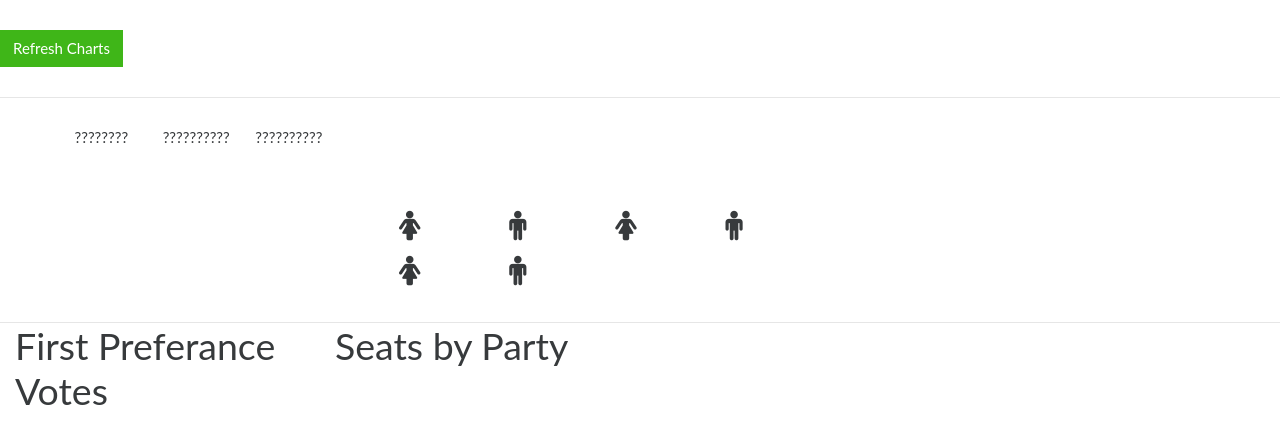
Repository: pauldardis/project-2-test
Page: index.html
The author's editor kept a record of every edit. The page is drawn from the files as they stood at one moment, then again after the next edit.
The browser window is 1280 px wide. The pictures show the whole page.

Above is the page before.
Console error: ReferenceError: candidate_people is not defined

### index.html
<!DOCTYPE html>
<html lang="en">

<head>
    <meta charset="UTF-8">
    <meta name="viewport" content="width=device-width, initial-scale=1.0">
    <meta http-equiv="X-UA-Compatible" content="ie=edge">
    <title>Dashboard</title>

    <link rel="stylesheet" href="assets/css/bootstrap.min.css" type="text/css" />
    <link rel="stylesheet" href="assets/css/dc.min.css" type="text/css" />
    <link rel="stylesheet" type="text/css" href="https://maxcdn.bootstrapcdn.com/font-awesome/4.7.0/css/font-awesome.min.css">
    <link rel="stylesheet" href="assets/css/style.css" type="text/css" />


    <script type="text/javascript" src="assets/js/d3.min.js"></script>
    <script type="text/javascript" src="assets/js/crossfilter.min.js"></script>
    <script type="text/javascript" src="assets/js/dc.min.js"></script>
    <script type="text/javascript" src="assets/js/queue.min.js"></script>
    <script type="text/javascript" src="assets/js/graps.js"></script>

</head>

<body>

    <section class="section">
        <div id="refresh-button">
            <button type="submit" class="btn btn-success" onClick="refreshPage()">Refresh Charts</button>
        </div>
    </section>




    <section class="section">
        <div class="container">
            <div class="row">
                <div class="row">
                    <div class="col-xs-12 col-sm-4 text-center">
                        <p class="section-paragraph">????????</p>
                    </div>
                    <div class="col-xs-12 col-sm-4 text-center">
                        <p class="section-paragraph">??????????</p>
                    </div>
                    <div class="col-xs-12 col-sm-4 text-center">
                        <p class="section-paragraph">??????????</p>
                    </div>
                </div>
                <div class="container">
                    <div class="row">
                        <div class="col-xs-12 col-sm-4 col-md-4 col-lg-4 text-center custom-chart" id="region-selector"></div>
                        <div class="col-xs-12 col-sm-4 col-md-4 col-lg-4 text-center custom-chart" id="constituency-selector"></div>
                        <div class="col-xs-12 col-sm-4 col-md-4 col-lg-4 text-center custom-chart" id="elected-selector"></div>
                    </div>
                </div>
            </div>
        </div>
        <div class="row col-12"></div>
        <div class="col-xs-12 col-sm-12 col-lg-12 gender-box">
            <i class="fa fa-female fa-gender" aria-hidden="true"></i> <span class="number-box" id="count-of-women-elected"></span>
            <i class="fa fa-male fa-gender" aria-hidden="true"></i> <span class="number-box" id="count-of-men-elected"></span>
            <i class="fa fa-female fa-gender" aria-hidden="true"></i> <span class="number-box" id="count-of-women-elected_1"></span>
            <i class="fa fa-male fa-gender" aria-hidden="true"></i> <span class="number-box" id="count-of-men-elected_1"></span>
        </div>
        <div class="col-xs-12 col-sm-12 col-lg-12 gender-box">
            <i class="fa fa-female fa-gender" aria-hidden="true"></i> <span class="number-box" id="count-of-women-elected_1"></span>
            <i class="fa fa-male fa-gender" aria-hidden="true"></i> <span class="number-box" id="count-of-men-elected_1"></span>
        </div>
    </section>

    <section>
        <div class="container-fluid">
            <div class="row">
                <div class="col-xs-12 col-sm-6 col-md-3 col-lg-3">
                    <div>
                        <div>
                            <div class=" " id="party_first_preference_graphs"></div>
                            <h1><strong>First Preferance Votes</strong></h1>
                        </div>
                    </div>
                </div>
                <div class="col-xs-12 col-sm-6 col-md-3 col-lg-3">
                    <div>
                        <div>
                            <div class="" id="candidate-graph"></div>
                            <h1><strong>Seats by Party</strong></h1>
                        </div>
                    </div>
                </div>
                <div class="col-xs-12 col-sm-6 col-md-3 col-lg-3">
                    <div>
                        <div>
                            <div class="" id="xx">
                            </div>
                        </div>
                    </div>
                </div>
                <div class="col-xs-12 col-sm-6 col-md-3 col-lg-3">
                    <div>
                        <div>
                            <!--<div class="" id="candidate-graph">-->
                        </div>
                    </div>
                </div>
            </div>
        </div>
    </section>



    <!--<div class="" id="candidate-graph"></div>-->
    <!--<div class="" id="candidate-graph-v2"></div>-->







    <!--<div class="col-xs-12 col-sm-6 col-md-3 col-lg-3 " id="party_first_preference_graphs"></div>-->
    <!--<div class="col-xs-12 col-sm-6 col-md-3 col-lg-3 text-center" id="party_total_votes_graphs"></div>-->
    <!--<div class="col-xs-12 col-sm-6 col-md-3 col-lg-3 text-center" id="candidate-first-preferance-graph"></div>-->
    <!--<div class="col-xs-12 col-sm-6 col-md-3 col-lg-3 text-center" id="candidate-total-votes-graph"></div>-->


    <section>
        <div class="container">
            <div class="row">
                <!--<div class="col-xs-12 col-sm-4 text-center" id="candidate-first-preferance-graph"></div>-->
                <!--<div class="col-xs-12 col-sm-4 text-center" id="candidate-total-votes-graph"></div>-->
            </div>
        </div>
    </section>








</body>

</html>

### assets/css/style.css
.gender-box {
	display: block;
	margin-left: auto;
	margin-right: auto;
	width: 40%;
}


.graph-box {
	display: block;
	margin-left: auto;
	margin-right: auto;
}


/*This removes the gridlines on the row chart but causes issue with x axesis */
/*.tick  { */
/*    display: none;*/
/*     }*/








/*.row {*/
/*	margin: 0px;*/
/*	padding: 0px;*/
/*}*/

/*.container {*/
/*	margin: 0px;*/
/*	padding: 0px;*/
/*}*/








.navbar-default {
	background-image: none;
	margin-bottom: 0;
}

.section-heading,
#discipline-selector {
	display: inline-block;
	float: none;
	margin: 0;
}

.section-heading {
	margin-bottom: 50px;
}

#discipline-selector {
	margin-left: 15px;
}

.number-box {
	margin-right: 75px;
}

.number-box,
.fa.fa-gender {
	font-size: 30px;
	font-weight: 500;
}

.fa-gender {
	margin-right: 10px;
}

.custom-chart {
	margin-bottom: 40px;
}

.section {
	border-bottom: 1px solid #e6e6e6;
	padding: 30px 0;
}

.section-paragraph {
	line-height: 1.2;
}

@import url("https://fonts.googleapis.com/css?family=Lato:300,400&display=swap");

/* BODY & HTML */
body {
    font-family: "Lato", sans-serif;
    font-weight: 400;
}

body,
html {
    width: 100%;
    height: 100%;
    padding: 0;
    margin: 0;
}

/* HEADINGS */
/* Styling of the dashboard title */

h1 {
    margin: 0;
}

/* Styling of heading 2 */

h2 {
    font-size: 1rem;
    font-weight: 300;
    margin-bottom: 0;
    margin-top: 15px;
}

/* SPINNER */
/* Spinner on data loading
spinner animation found on CodePen: https://codepen.io/judecodes/pen/PrBOvG?&page=1 */

.loader {
    z-index: 99;
    width: 200px;
    height: 200px;
    border-radius: 50%;
    border-top: 2px solid #2477b4;
    border-bottom: 2px solid transparent;
    border-left: 2px solid transparent;
    border-right: 2px solid transparent;
    animation: spin 3s linear infinite forwards;

    position: absolute;
    top: 0;
    bottom: 0;
    left: 0;
    right: 0;
    margin: auto;
}

.loader::before,
.loader::after {
    content: "";
    position: absolute;
    border-radius: 50%;
    border-top: 2px solid #2477b4;
    border-bottom: 2px solid transparent;
    border-left: 2px solid transparent;
    border-right: 2px solid transparent;
}

.loader::before {
    top: 7px;
    left: 7px;
    width: 178px;
    height: 178px;
    border-top: 2px solid #e6562e;
    animation: spin 2s linear infinite forwards;
}

.loader::after {
    top: 16px;
    left: 16px;
    width: 160px;
    height: 160px;
    border-top: 2px solid #f2893c;
    animation: spin 1s linear infinite forwards;
}

@keyframes spin {
    to {
        transform: rotate(360deg);
    }
}

/* Overlay styled to dim the background for spinner */

#overlay {
    z-index: 98;
    position: fixed;
    top: 0;
    left: 0;
    height: 100%;
    width: 100%;
    background: rgba(0, 0, 0, .5);
}

/* BACK TO TOP BUTTON */
/* Back to top button inspired by this Codepen solution: https://codepen.io/matthewcain/pen/ZepbeR */

#button {
    display: inline-block;
    background-color: transparent;
    color: #DF691A;
    border: 1px solid #DF691A;
    width: 50px;
    height: 50px;
    text-align: center;
    border-radius: 3px;
    position: fixed;
    bottom: 30px;
    right: 30px;
    transition: background-color .3s,
    opacity .5s, visibility .5s;
    opacity: 0;
    visibility: hidden;
    z-index: 97;
}

#button::after {
    content: "\f077";
    font-family: FontAwesome;
    font-weight: normal;
    font-style: normal;
    font-size: 2em;
    line-height: 50px;
}

#button:active {
    color: #ffffff;
    background-color: #DF691A;
}

#button.show {
    opacity: 1;
    visibility: visible;
}

/* REGIONAL SELECTOR */
/* Region selector menu styling */

#region-selector select {
    background: #5d6b78;
    border: #445360;
    color: #ebebeb;
    font-size: 1rem;
}

/* Select menu styling to match bootstrap theme */

select {
    background: #4e5d6c;
    color: #ebebeb;
}

/* CARDS */
/* Increasing size of font awesome icons */

.fa {
    font-size: 3rem;
}


/* Styles for tiles/cards */

.tile-s1,
.tile-s2,
.tile-s3 {
    max-width: 45rem;
}

.tile-s3 {
    min-height: 20rem;
}

.tile-s3 span {
    font-size: 1.5rem;
}

.tile-s4 {
    max-width: 70rem;
}

/* Card titles and filter label styled to uppercase */

.card-header,
.selector-label {
    text-transform: uppercase;
}

/* Number box font size increased to make it more prominent */

.number-box span {
    font-size: 1.5rem;
}

/* Shadow added to the chart tiles */

.shadow-box {
    box-shadow: 4px 4px 7px 0px rgba(61, 78, 94, 1);
}

/* Charts styling to fix the issue of responsiveness */

#composite-hour,
#composite-month {
    height: 300px;
    width: 750px;
}

/* Increasing the size of a viewbox so charts are bigger */

#accidents-severity,
#rd-type-split {
    height: 400px;
    width: 460px;
}

#severity-distribution {
    height: 400px;
    width: 380px;
}

/* DATA COUNT & RESET
/* Changing default margins to create some space between count feature and other sections */

.dc-data-count {
    margin: 10px 0;
}

/* Reset button  - border-radius added to match back0to0top button and shadow box removed*/

#reset-button {
    border-radius: 3px;
}

#reset-button:focus {
    box-shadow: none;
}

/* FOOTER */
/* adding margin so footer ellements have some space inbetween on smaller devices */

.footer-item {
    margin-bottom: 10px;
}

/* Underlining removed from all links */

a:hover {
    text-decoration: none;
}

/* MEDIA QUERIES */

@media only screen and (min-width: 1200px) {

    .tile-s2 {
        min-height: 30rem;
    }

}

@media only screen and (max-width: 1200px) {

    h1 {
        font-size: 1.9rem;
    }

    #stacked-chart {
        max-width: 70rem;
    }

}

@media only screen and (max-width: 992px) {

    .card-header {
        font-size: 0.7rem;
    }

    .number-box span {
        font-size: 1.2rem;
    }

}

/* media query created to make number display element look better, to add more space between the chart and the number */

@media only screen and (max-width: 767px) {

    .number-box span {
        font-size: 1.5rem;
    }

    .card-header,
    .selector-label {
        font-size: 0.8rem;
    }

    #accidents-severity,
    #rd-type-split {
        height: 360px;
        width: 440px;
    }

    #severity-distribution {
        height: 370px;
        width: 360px;
    }

}

/* Adjustments to font sizes to avoid line break */

@media only screen and (max-width: 576px) {

    h1 {
        font-size: 2rem;
    }

    .card-header,
    .selector-label {
        font-size: 1rem;
    }

    .navbar-brand {
        font-size: 1rem;
    }

    /* height adjusted to reduce space at top and the bottom of the chart (within the card) */
    #composite-hour,
    #composite-month {
        height: 120px;
    }

    #accidents-severity,
    #rd-type-split {
        height: 260px;
    }

}

@media only screen and (max-width: 375px) {

    #severity-distribution {
        height: 250px;
    }

}

/* Solution to sticky hover on mobile devices found here: https://medium.com/@ferie/detect-a-touch-device-with-only-css-9f8e30fa1134 */

@media (hover: hover) {

    #button:hover {
        cursor: pointer;
        background-color: #DF691A;
        color: #ffffff;
    }

}

### assets/js/graps.js
queue()
    .defer(d3.csv, "assets/data/election-2016.csv")
    .await(makeGraphs);



function makeGraphs(error, salesData) {
    var ndx = crossfilter(salesData);



    // these are the working graphs
    region_selector(ndx);
    constituency_selector(ndx);
    elected_selector(ndx);
    show_count_elected_by_gender(ndx, "F", "#count-of-women-elected");
    show_count_elected_by_gender(ndx, "M", "#count-of-men-elected");
    show_count_candidate_gender(ndx, "F", "#count-of-women-elected_1");
    show_count_candidate_gender(ndx, "M", "#count-of-men-elected_1");
    party_first_preference_graphs(ndx);
    candidate_graphs(ndx);
    candidate_people(ndx);







    // these are the graphs in test

    party_total_votes_graphs(ndx);
    candidate_first_preferance_graphs(ndx);
    candidate_total_votes_graphs(ndx);
    candidate_graphs_v2(ndx);


    dc.renderAll();
}


// This is the working section



function refreshPage() {
    window.location.reload();
}

function region_selector(ndx) {
    var dim = ndx.dimension(dc.pluck('Region'));
    group = dim.group();

    dc.selectMenu("#region-selector")
        .dimension(dim)
        .group(group);
}

function constituency_selector(ndx) {
    var dim = ndx.dimension(dc.pluck('Constituency_Name'));
    group = dim.group();

    dc.selectMenu("#constituency-selector")
        .dimension(dim)
        .group(group);
}

function elected_selector(ndx) {
    var dim = ndx.dimension(dc.pluck('Result'));
    group = dim.group();

    dc.selectMenu("#elected-selector")
        .dimension(dim)
        .group(group);
}















function party_first_preference_graphs(ndx) {

    var dim = ndx.dimension(dc.pluck('Party_Abbreviation'));
    var group = dim.group().reduceSum(dc.pluck('Count_1'));

    dc.pieChart('#party_first_preference_graphs')
        .height(360)
        .width(360)
        .innerRadius(95)
        .transitionDuration(1500)
        .colors(d3.scale.ordinal().range(["#8B8C8A", "#00A3DF", "#12A853", "#014B45", "#D6323D", "#91B905"]))
        .dimension(dim)
        .renderLabel(true)
        .legend(dc.legend().x(150).y(130).itemHeight(14).gap(5))
        .title(function(d) {
            return d.key + ": " + ((d.value / d3.sum(group.all(),
                function(d) { return d.value; })) * 100).toFixed(2) + "%";
        })
        .on("pretransition", function(chart) {
            chart.selectAll("text.pie-slice").text(function(d) {
                if (dc.utils.printSingleValue(
                        (d.endAngle - d.startAngle) /
                        (2 * Math.PI) * 100) >= 6) {
                    return dc.utils.printSingleValue(
                        (d.endAngle - d.startAngle) /
                        (2 * Math.PI) * 100) + "%";
                }
            })
        })
        .group(group);
}


function candidate_graphs(ndx) {
    var dim = ndx.dimension(dc.pluck('Party_Abbreviation'));
    var group = dim.group().reduceSum(dc.pluck('Seat'));

    dc.rowChart("#candidate-graph")
        .width(600)
        .height(400)
        .colors(d3.scale.ordinal().range(["#00A3DF", "#12A853", "#8B8C8A", "#014B45", "#D6323D", "#91B905"]))
        .margins({ top: 10, right: 50, bottom: 30, left: 50 })
        .dimension(dim)
        .transitionDuration(1500)
        .elasticX(true)
        .group(group);
}



function show_count_elected_by_gender(ndx, gender, element) {
    var countThatAreElected = ndx.groupAll().reduce(
        function(p, v) {
            if (v.Gender === gender) {
                p.count++;
                if (v.Result === "Elected") {
                    p.are_elected++;
                }
            }
            return p;
        },
        function(p, v) {
            if (v.Gender === gender) {
                p.count--;
                if (v.Result === "Elected") {
                    p.are_elected--;
                }
            }
            return p;
        },
        function() {
            return { count: 0, are_elected: 0 };
        },
    );


    dc.numberDisplay(element)
        // .formatNumber(d3.format("2.s"))
        .valueAccessor(function(d) {
            if (d.count == 0) {
                return 0;
            }
            else {
                return (d.are_elected);
            }
        })
        .transitionDuration(1500)
        .group(countThatAreElected)
}




































//this is the testing section





// function candidate_people(ndx) {
//     var dim = ndx.dimension(dc.pluck('Candidate'));
//     var group = dim.group().reduceSum(dc.pluck('Count_1' ));
//     var group2 = dim.group().reduceSum(dc.pluck('Result' ));

//     console.log(dim)

//     dc.rowChart("#candidate-people")
//         .width(600)
//         .height(8600)

//         .margins({ top: 10, right: 50, bottom: 30, left: 50 })
//         .dimension(dim)
//         .transitionDuration(1500)
//         // .elasticX(true)
//         .group(group,group2);

// }













































function show_count_candidate_gender(ndx, gender, element) {
    var countThatArecandidate = ndx.groupAll().reduce(
        function(p, v) {
            if (v.Gender === gender) {
                p.count++;
                if (v.Result === "Excluded") {
                    p.are_excluded++;
                }
            }
            return p;
        },
        function(p, v) {
            if (v.Gender === gender) {
                p.count--;
                if (v.Result === "Excluded") {
                    p.are_excluded--;
                }
            }
            return p;
        },
        function() {
            return { count: 0, are_excluded: 0 };
        },
    );


    dc.numberDisplay(element)
        // .formatNumber(d3.format("2.s"))
        .valueAccessor(function(d) {
            if (d.count == 0) {
                return 0;
            }
            else {
                return (d.are_excluded);
            }
        })
        .transitionDuration(1500)
        .group(countThatArecandidate)
}





function candidate_graphs_v2(ndx) {

    var partyColors = d3.scale.ordinal()
        .domain(["F.G.", "F.F.", "Others", "S.F.", "LAB.", "G.P."])
        .range(["pink", "blue", "red", "yellow", "black", "green"]);

    var dim = ndx.dimension(dc.pluck('Party_Abbreviation'));
    var group = dim.group().reduceSum(dc.pluck('Seat'));


    var party_color = ndx.dimension(function(d) {
        return [d.Party_Abbreviation, d.Seat];
    });

    var partyGroup = party_color.group();

    // console.log(group.all());


    dc.barChart("#candidate-graph-v2")
        .width(1000)
        .height(300)
        .margins({ top: 10, right: 50, bottom: 30, left: 50 })
        .dimension(dim)
        // .colorAccessor(function(d) {
        //     return d.key[0];
        // })
        .colors(d3.scale.ordinal().range(["#e6550e", "#fd8c3d", "#3182bc", "#fd8c3d", "#fd8c3d", "#fd8c3d", "#fd8c3d"]))
        .group(group)
        .x(d3.scale.ordinal())
        .xUnits(dc.units.ordinal)
        .elasticY(true)
        .xAxisLabel("Region")
        .yAxis().ticks(10);


}


function party_total_votes_graphs(ndx) {
    var dim = ndx.dimension(dc.pluck('Party_Abbreviation'));
    var group = dim.group().reduceSum(dc.pluck('Seat'));

    dc.pieChart('#party_total_votes_graphs') /* targeting the div where we want the pie chart*/
        .height(360)
        .width(360)
        .innerRadius(95)
        .transitionDuration(1500)
        // .colors(d3.scale.ordinal().range(["#3182bc", "#fd8c3d", "#e6550e"]))
        .dimension(dim)
        .renderLabel(true)
        .legend(dc.legend().x(150).y(130).itemHeight(14).gap(5))
        // .radius(360)
        .group(group)
        .title();
}















// function party_total_votes_graphs(ndx) {

//     var dim = ndx.dimension(dc.pluck('Party_Abbreviation'));
//     var group = dim.group().reduceSum(dc.pluck('Total_Votes'));

//     dc.pieChart('#party_total_votes_graphs') /* targeting the div where we want the pie chart*/
//         .height(360)
//         .width(360)
//         .innerRadius(95)
//         .transitionDuration(1500)
//         // .colors(d3.scale.ordinal().range(["#3182bc", "#fd8c3d", "#e6550e"]))
//         .dimension(dim)
//         .renderLabel(true)
//         .legend(dc.legend().x(110).y(150).itemHeight(13).gap(5))
//         // .title(function(d) {
//         //     return d.key + ": " + ((d.value / d3.sum(group.all(),
//         //         function(d) { return d.value; })) * 100).toFixed(0) + "%";
//         // })
//         .on("pretransition", function(chart)
//         {
//             chart.selectAll("text.pie-slice").text(function(d) {
//                 if (dc.utils.printSingleValue(
//                         (d.endAngle - d.startAngle) /
//                         (2 * Math.PI) * 100) >= 6) {
//                     return dc.utils.printSingleValue(
//                         (d.endAngle - d.startAngle) /
//                         (2 * Math.PI) * 100) + "%";
//                 }
//             }
//             )
//             chart.select("svg")
//                 .attr("height", "100%")
//                 .attr("width", "100%")
//                 .attr("viewBox", "0 0 360 360");
//             chart.selectAll(".dc-legend-item text")
//                 .attr("fill", "#1D47FF")
//                 .text("")
//                 .append("tspan")
//                 .text(function(d) { return d.name; })
//                 .attr("x", 70)
//                 .attr("text-anchor", "end");
//         })
//         .group(group);
// }










function candidate_first_preferance_graphs(ndx) {
    var dim = ndx.dimension(dc.pluck('Candidate'));
    var group = dim.group().reduceSum(dc.pluck('Count_1'));


    dc.pieChart('#candidate-first-preferance-graph') /* targeting the div where we want the pie chart*/
        .height(360)
        .width(360)
        .radius(360)
        .innerRadius(95)
        .transitionDuration(1500)
        .dimension(dim)
        .group(group);
}

function candidate_total_votes_graphs(ndx) {
    var dim = ndx.dimension(dc.pluck('Candidate'));
    var group = dim.group().reduceSum(dc.pluck('Total_Votes'));


    dc.pieChart('#candidate-total-votes-graph') /* targeting the div where we want the pie chart*/
        .height(250)
        .radius(100)
        .innerRadius(30)
        .transitionDuration(1500)
        .dimension(dim)
        .group(group);
}












// Everything under here is in test















































// function show_revenue_graphs(ndx) {
//     var dim = ndx.dimension(dc.pluck('Candidate'));
//     var group = dim.group().reduceSum(dc.pluck('Total_Votes'));
//     // var group = dim.group();

//     dc.rowChart("#revenue-graph")
//         .width(600)
//         .height(2000)
//         .margins({ top: 10, right: 50, bottom: 30, left: 50 })
//         .dimension(dim)
//         .group(group);
// .transitionDuration(500)
// .x(d3.scale.ordinal())
// .xUnits(dc.units.ordinal)
// .elasticY(true)
// .xAxisLabel("Region")
// .yAxis().ticks(10);


// }


// function candidate_graphs(ndx) {
//     var dim = ndx.dimension(dc.pluck('Candidate'));
//     var group = dim.group().reduceSum(dc.pluck('Constituency_Name'));

//     dc.barChart("#candidate-graph")
//         .width(600)
//         .height(300)
//         .margins({ top: 10, right: 50, bottom: 30, left: 50 })
//         .dimension(dim)
//         .group(group)
//         .transitionDuration(500)
//         .x(d3.scale.ordinal())
//         .xUnits(dc.units.ordinal)
//         .elasticY(true)
//         .xAxisLabel("Region")
//         .yAxis().ticks(10);

// }

Loaded but not shown: assets/css/bootstrap.min.css (library); assets/css/dc.min.css (library); assets/js/d3.min.js (library); assets/js/crossfilter.min.js (library); assets/js/dc.min.js (library); assets/js/queue.min.js (common file)

After the next edit:
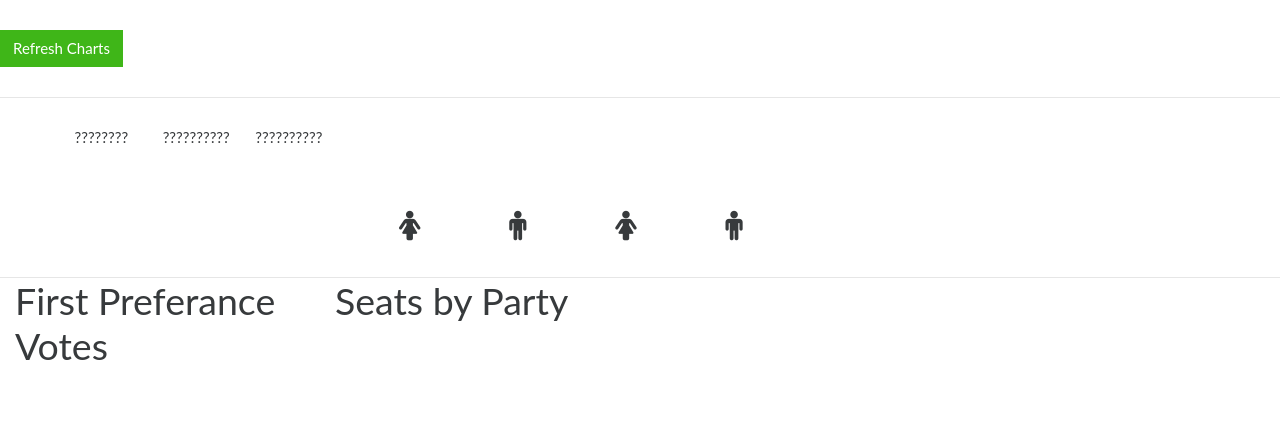
The edit:
--- a/index.html
+++ b/index.html
@@ -63,8 +63,8 @@
             <i class="fa fa-male fa-gender" aria-hidden="true"></i> <span class="number-box" id="count-of-men-elected_1"></span>
         </div>
         <div class="col-xs-12 col-sm-12 col-lg-12 gender-box">
-            <i class="fa fa-female fa-gender" aria-hidden="true"></i> <span class="number-box" id="count-of-women-elected_1"></span>
-            <i class="fa fa-male fa-gender" aria-hidden="true"></i> <span class="number-box" id="count-of-men-elected_1"></span>
+            <!--<i class="fa fa-female fa-gender" aria-hidden="true"></i> <span class="number-box" id="count-of-women-elected_1"></span>-->
+            <!--<i class="fa fa-male fa-gender" aria-hidden="true"></i> <span class="number-box" id="count-of-men-elected_1"></span>-->
         </div>
     </section>
 
